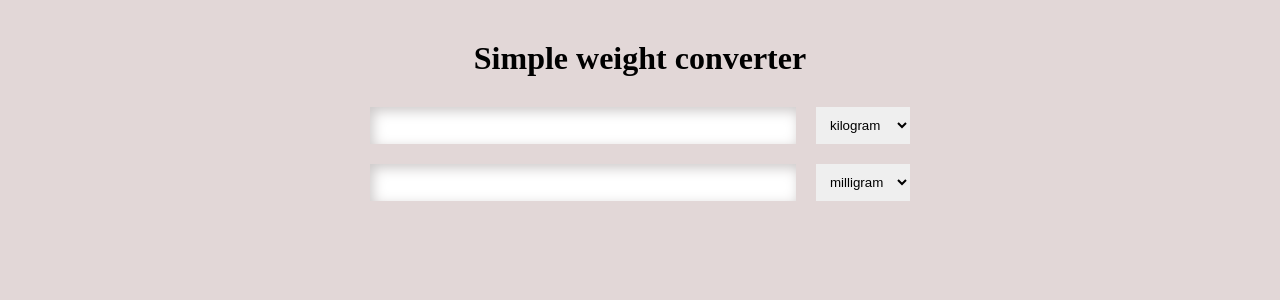
Repository: Eugene44-hub/weight-converter
Page: index.html
The author's editor kept a copy of each file at every save. The page is drawn from the files as they stood at one save, then again after the next save.
The browser window is 1280 px wide. The pictures show the whole page.

Above is the page before, as saved 2021-09-20 05:17:58.

After the next save:
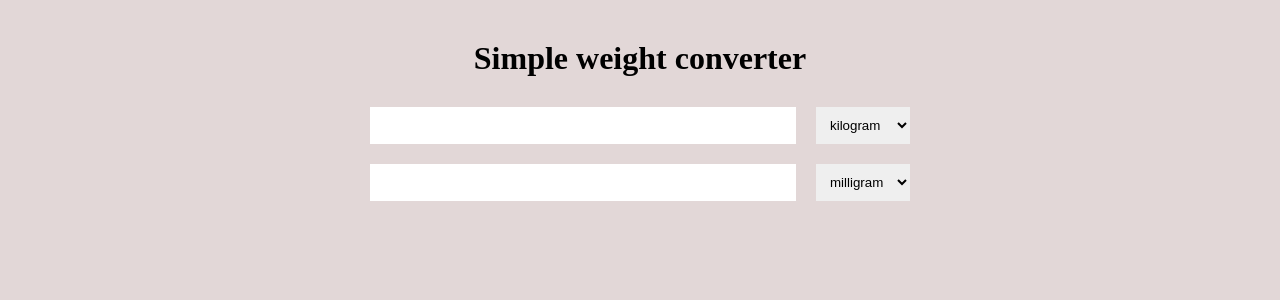
Saved 7 s later.
--- a/style.css
+++ b/style.css
@@ -11,7 +11,6 @@ body {
 input {
     padding: 10px;
     flex: 50%;
-    box-shadow: inset 3px 4px 13px rgb(204, 200, 200);
 }
 
 h1 {
